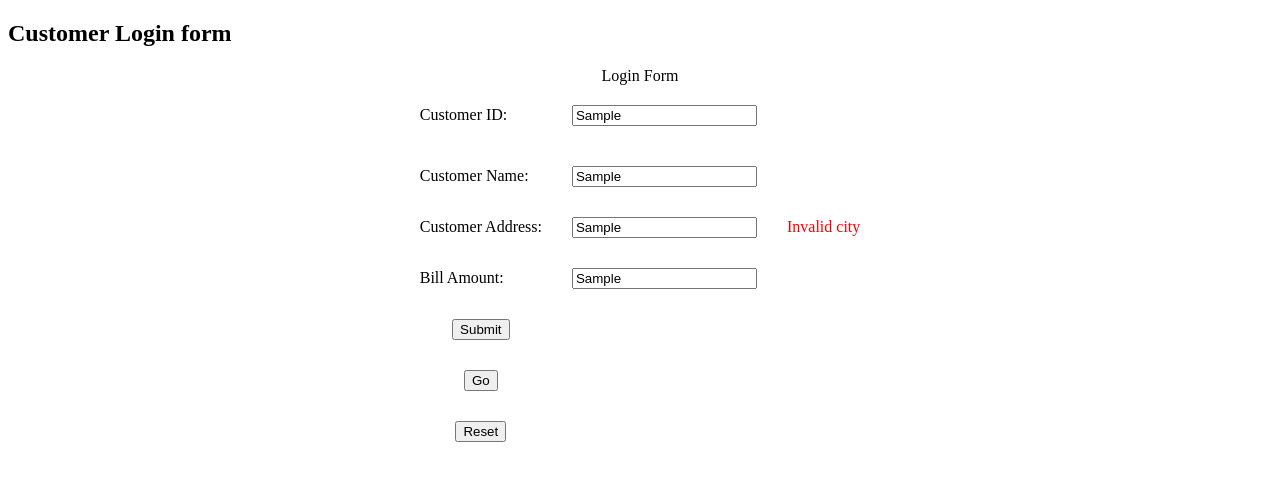
Repository: abhishek110597/Deloitte
Page: Workspace/JavaTraining/CustomerForm.html
These files come from the project's save history. The page is drawn as it stood at one moment and after the next save; the edit follows.
The browser window is 1280 px wide. The pictures show the whole page.
Empty fields were first filled with sample values (such as "Sample", 5 or name@example.com).
After loading, the first visible `#Go` was clicked once.

Above is the page before, as saved 2019-12-30 08:51:08.

After the next save:
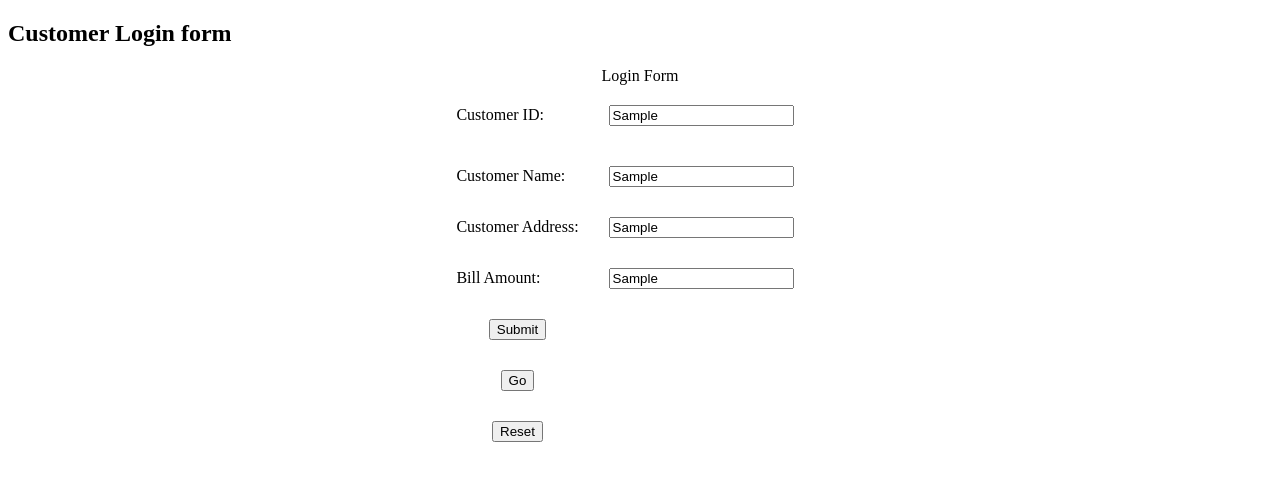
Console error: ReferenceError: documen is not defined
Saved 3 min 1 s later.
--- a/Workspace/JavaTraining/CustomerForm.html
+++ b/Workspace/JavaTraining/CustomerForm.html
@@ -4,73 +4,84 @@
 <meta charset="ISO-8859-1">
 <title>Customer login form</title>
 <script type="text/javascript">
-function validate(){
-	var customerId=document.getElementById("customerId").value
-	var customerName=document.getElementById("customerName").value
-	var customerAddress=document.getElementById("customerAddress").value
-	var billAmount=document.getElementById("billAmount").value
-	var errorCustomerId=document.getElementById("errorCustomerId")
-	var errorCustomerName=document.getElementById("errorCustomerName")
-	var errorCustomerAddress=document.getElementById("errorCustomerAddress")
-	var errorbillAmount=document.getElementById("errorbillAmount")
+	function validate() {
+		var customerId = document.getElementById("customerId").value
+		var customerName = document.getElementById("customerName").value
+		var customerAddress = document.getElementById("customerAddress").value
+		var billAmount = document.getElementById("billAmount").value
+		var errorCustomerId = document.getElementById("errorCustomerId")
+		var errorCustomerName = document.getElementById("errorCustomerName")
+		var errorCustomerAddress = documen
+				.getElementById("errorCustomerAddress")
+		var errorbillAmount = document.getElementById("errorbillAmount")
 
-	if(customerId==0||customerId.length<6){
-		errorCustomerId.innerHTML="<font color='red'>Invalid CustomerID, Must have atleast 6 characters"
+		if (customerId == 0 || customerId.length < 6) {
+			errorCustomerId.innerHTML = "<font color='red'>Invalid CustomerID, Must have atleast 6 characters"
+		} else
+			errorCustomerId.innerHTML = ""
+
+
+		if (customerAddress == "Pune" || customerAddress == "Mumbai"|| customerAddress == "Delhi") {
+			errorCustomerAddress.innerHTML = ""
+		} else if (customerAddress == 0) {
+			errorCustomerAddress.innerHTML = "<font color='red'>Enter the city"
+		} else
+			errorCustomerAddress.innerHTML = "<font color='red'>Invalid city"
+
+
+		if (customerName == 0) {
+			errorCustomerName.innerHTML = "<font color='red'>Invalid Customer Name"
+		} else
+			errorCustomerName.innerHTML = ""
+
+
+		if (billAmount <= 0) {
+			errorbillAmount.innerHTML = "<font color='red'>Invalid Bill Amount"
+		} else
+			errorbillAmount.innerHTML = ""
+
 	}
-	else
-		errorCustomerId.innerHTML=""
-	if(customerAddress=="Pune"||customerAddress=="Mumbai"||customerAddress=="Delhi"){
-		errorCustomerAddress.innerHTML=""
-	}
-	else if(customerAddress==0)
-		{
-		errorCustomerAddress.innerHTML="<font color='red'>Enter the city"
-		}
-	else
-		errorCustomerAddress.innerHTML="<font color='red'>Invalid city"
-
-	if(customerName==0){
-						errorCustomerName.innerHTML="<font color='red'>Invalid Customer Name"
-					}
-					else
-						errorCustomerName.innerHTML=""
-if(billAmount<=0){
-								errorbillAmount.innerHTML="<font color='red'>Invalid Bill Amount"
-							}
-							else
-								errorbillAmount.innerHTML=""
-
-}
 </script>
 </head>
 <body>
-<form>
-<h2>Customer Login form</h2>
-<table cellspacing="10" cellpadding="10" border="0" align="center">
-<caption>Login Form</caption>
-<tr>
-<td>Customer ID:</td><td><input type="text" name="customerId" id="customerId"/></td><td><span id="errorCustomerId"></span></td>
-</tr>
-<tr>
-<tr>
-<td>Customer Name:</td><td><input type="text" name="customerName" id="customerName"/></td><td><span id="errorCustomerName"></span></td>
-</tr>
-<tr>
-<td>Customer Address:</td><td><input type="text" name="customerAddress" id="customerAddress"/></td><td><span id="errorCustomerAddress"></span></td>
-</tr>
-<tr>
-<td>Bill Amount:</td><td><input type="text" name="billAmount" id="billAmount"/></td><td><span id="errorbillAmount"></span></td>
-</tr>
-<tr>
-<td align="center"><input type="submit" value="Submit" id="submit"/></td>
-</tr>
-<tr>
-<td align="center"><input type="button" value="Go" id="Go" onclick="validate()"/></td>
-</tr>
-<tr>
-<td align="center"><input type="reset"  id="reset"/></td>
-</tr>
-</table>
-</form>
+	<form>
+		<h2>Customer Login form</h2>
+		<table cellspacing="10" cellpadding="10" border="0" align="center">
+			<caption>Login Form</caption>
+			<tr>
+				<td>Customer ID:</td>
+				<td><input type="text" name="customerId" id="customerId" /></td>
+				<td><span id="errorCustomerId"></span></td>
+			</tr>
+			<tr>
+			<tr>
+				<td>Customer Name:</td>
+				<td><input type="text" name="customerName" id="customerName" /></td>
+				<td><span id="errorCustomerName"></span></td>
+			</tr>
+			<tr>
+				<td>Customer Address:</td>
+				<td><input type="text" name="customerAddress"
+					id="customerAddress" /></td>
+				<td><span id="errorCustomerAddress"></span></td>
+			</tr>
+			<tr>
+				<td>Bill Amount:</td>
+				<td><input type="text" name="billAmount" id="billAmount" /></td>
+				<td><span id="errorbillAmount"></span></td>
+			</tr>
+			<tr>
+				<td align="center"><input type="submit" value="Submit"
+					id="submit" /></td>
+			</tr>
+			<tr>
+				<td align="center"><input type="button" value="Go" id="Go"
+					onclick="validate()" /></td>
+			</tr>
+			<tr>
+				<td align="center"><input type="reset" id="reset" /></td>
+			</tr>
+		</table>
+	</form>
 </body>
 </html>

After the 2 saves that followed:
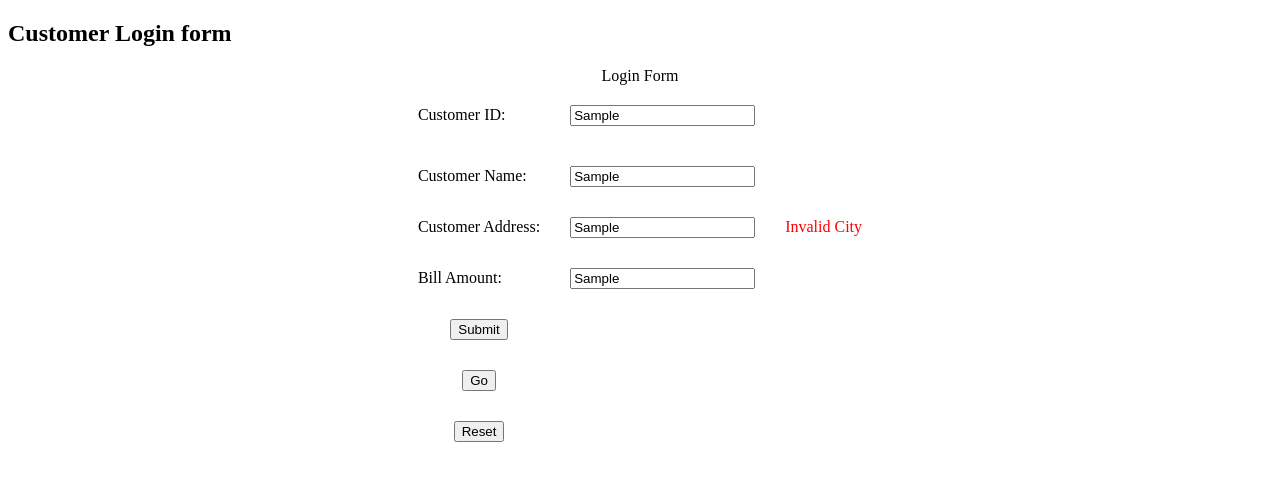
The error is gone.
The 2 saves are shown as one change because 1 left the picture as it was.
The last was saved 45 s later.
--- a/Workspace/JavaTraining/CustomerForm.html
+++ b/Workspace/JavaTraining/CustomerForm.html
@@ -11,7 +11,7 @@
 		var billAmount = document.getElementById("billAmount").value
 		var errorCustomerId = document.getElementById("errorCustomerId")
 		var errorCustomerName = document.getElementById("errorCustomerName")
-		var errorCustomerAddress = documen
+		var errorCustomerAddress = document
 				.getElementById("errorCustomerAddress")
 		var errorbillAmount = document.getElementById("errorbillAmount")
 
@@ -26,7 +26,7 @@
 		} else if (customerAddress == 0) {
 			errorCustomerAddress.innerHTML = "<font color='red'>Enter the city"
 		} else
-			errorCustomerAddress.innerHTML = "<font color='red'>Invalid city"
+			errorCustomerAddress.innerHTML = "<font color='red'>Invalid City"
 
 
 		if (customerName == 0) {
